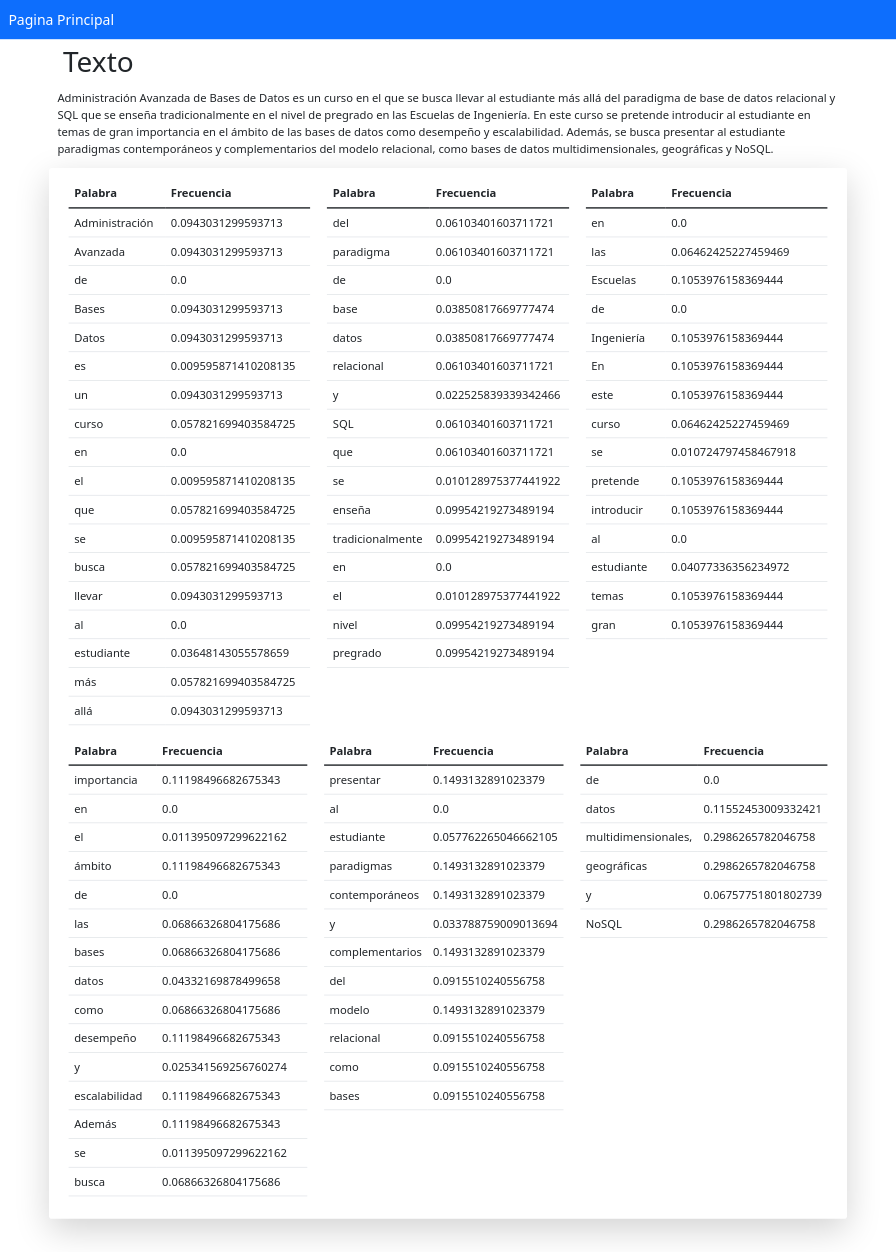
Repository: efrain-dev/cloud9Flask
Page: http://localhost/
The author's editor kept a record of every edit. The page is drawn from the files as they stood at one moment, then again after the next edit.
The browser window is 1280 px wide. The pictures show the whole page, at 70% of full size.
Some web libraries are served in a nearby version. The page is served by the project's application, run on Flask 3 (index.py).

Above is the page before.

### templates/home.html
{% extends './base.html' %}

<!DOCTYPE html>
<html lang="es">
  <head>
    <title>{% block title %}IA UMG{% endblock %}</title>
    <meta charset="UTF-8">
    <meta name="title" content="IMG">
    <meta name="description" content="IA UMG">

  </head>
  <body>

      {% block body %}

      <h1 class=" p-2">Texto </h1>
      <p>
        Administración Avanzada de Bases de Datos es un curso en el que se busca llevar al estudiante más allá
del paradigma de base de datos relacional y SQL que se enseña tradicionalmente en el nivel de pregrado
en las Escuelas de Ingeniería. En este curso se pretende introducir al estudiante en temas de gran
importancia en el ámbito de las bases de datos como desempeño y escalabilidad. Además, se busca
presentar al estudiante paradigmas contemporáneos y complementarios del modelo relacional, como bases
de datos multidimensionales, geográficas y NoSQL.
      </p>
        <div class="row shadow-lg p-3 mb-5 bg-white rounded ">
      {%for i in resultado%}
        <div class="col-lg">
          <table class="table table-responsive" >
            <thead>
              <th> Palabra </th>
              <th> Frecuencia </th>

            </thead>

            <tbody>
                {%for x in resultado[i]%}
                  <tr>
                    <td>{{x[0]}}</td>
                                    <td>{{x[1]}}</td>

                  </tr>
                {%endfor%}
            </tbody>
          </table>
        </div>
      {%endfor%}
  {% endblock %}

  </body>
</html>

### templates/base.html
<!DOCTYPE html>
<html lang="es">
  <head>
    <title>{% block title %}{% endblock %}</title>
    <meta charset="UTF-8">
    <meta name="title" content="IMG">
    <meta name="description" content="IA UMG">
    <link href="https://cdn.jsdelivr.net/npm/bootstrap@5.1.3/dist/css/bootstrap.min.css" rel="stylesheet" integrity="sha384-1BmE4kWBq78iYhFldvKuhfTAU6auU8tT94WrHftjDbrCEXSU1oBoqyl2QvZ6jIW3" crossorigin="anonymous">
    <script src="https://code.jquery.com/jquery-3.6.0.min.js" integrity="sha256-/xUj+3OJU5yExlq6GSYGSHk7tPXikynS7ogEvDej/m4=" crossorigin="anonymous"></script>
    <script src="//cdn.jsdelivr.net/npm/sweetalert2@11"></script>
  </head>
  <body>
<nav class="navbar navbar-expand-lg navbar-dark bg-primary">
  <div class="container-fluid">
    <a class="navbar-brand" href="#">Pagina Principal</a>

  </div>
</nav>

    <div class="container">
      {% block body %}


      {% endblock %}
    </div>





  <script src="https://cdn.jsdelivr.net/npm/@popperjs/core@2.10.2/dist/umd/popper.min.js" integrity="sha384-7+zCNj/IqJ95wo16oMtfsKbZ9ccEh31eOz1HGyDuCQ6wgnyJNSYdrPa03rtR1zdB" crossorigin="anonymous"></script>
  <script src="https://cdn.jsdelivr.net/npm/bootstrap@5.1.3/dist/js/bootstrap.min.js" integrity="sha384-QJHtvGhmr9XOIpI6YVutG+2QOK9T+ZnN4kzFN1RtK3zEFEIsxhlmWl5/YESvpZ13" crossorigin="anonymous"></script>
    <!--<footer>-->
    <!--  <h4>Avisos legales</h4>-->
    <!--  <a href="http://dominio.com/aviso-legal">Política de cookies</a>-->
    <!--  <h4>Redes sociales</h4>-->
    <!--  <a href="http://facebook.com/mi-pagina-de-facebook">Mi Facebook</a>-->
    <!--</footer>-->
  </body>
</html>

### calculos.py

import math

documentos = ['Administración Avanzada de Bases de Datos es un curso en el que se busca llevar al estudiante más allá',
             'del paradigma de base de datos relacional y SQL que se enseña tradicionalmente en el nivel de pregrado',
             'en las Escuelas de Ingeniería En este curso se pretende introducir al estudiante en temas de gran',
             'importancia en el ámbito de las bases de datos como desempeño y escalabilidad Además se busca',
             'presentar al estudiante paradigmas contemporáneos y complementarios del modelo relacional como bases',
             'de datos multidimensionales, geográficas y NoSQL',
             ]


dictadoDePalabras = {}

for indice, sentencia in enumerate(documentos):
    tokenPalabra = sentencia.split(' ')
    dictadoDePalabras[indice] = [(palabra,tokenPalabra.count(palabra)) for palabra in tokenPalabra]

termFrecuencia = {}

for i in range(0, len(documentos)):
    listaDeNoDuplicados = []
    for palabraFrequencia in dictadoDePalabras[i]:
        if palabraFrequencia not in listaDeNoDuplicados:
            listaDeNoDuplicados.append(palabraFrequencia)
        termFrecuencia[i] = listaDeNoDuplicados

terminoNormalizadoFrecuencia = {}
for i in range(0, len(documentos)):
    sentencia = dictadoDePalabras[i]
    lenDeSentencia = len(sentencia)
    listaDeNormalizados = []
    for palabraFrequencia in termFrecuencia[i]:
        normalizedFreq = palabraFrequencia[1]/lenDeSentencia
        listaDeNormalizados.append((palabraFrequencia[0],normalizedFreq))
    terminoNormalizadoFrecuencia[i] = listaDeNormalizados



todosDocumento = ''
for sentencia in documentos:
    todosDocumento += sentencia + ' '
todosDocumentosToken = todosDocumento.split(' ')


todosDocumentoNoDuplicados = []

for palabra in todosDocumentosToken:
    if palabra not in todosDocumentoNoDuplicados:
        todosDocumentoNoDuplicados.append(palabra)



dictDeNumDeDocConTermDentro = {}

for indice, voc in enumerate(todosDocumentoNoDuplicados):
    count = 0
    for sentencia in documentos:
        if voc in sentencia:
            count += 1
    dictDeNumDeDocConTermDentro[indice] = (voc, count)



dictOFIDFNoDuplicados = {}


for i in range(0, len(terminoNormalizadoFrecuencia)):
    listOfIDFCalcs = []
    for palabra in terminoNormalizadoFrecuencia[i]:
        for x in range(0, len(dictDeNumDeDocConTermDentro)):
            if palabra[0] == dictDeNumDeDocConTermDentro[x][0]:
                listOfIDFCalcs.append((palabra[0],math.log(len(documentos)/dictDeNumDeDocConTermDentro[x][1])))
    dictOFIDFNoDuplicados[i] = listOfIDFCalcs


dictOFTF_IDF = {}
for i in range(0,len(terminoNormalizadoFrecuencia)):
    listaOFTF_IDF = []
    TFsentencia = terminoNormalizadoFrecuencia[i]
    IDFsentencia = dictOFIDFNoDuplicados[i]
    for x in range(0, len(TFsentencia)):
        listaOFTF_IDF.append((TFsentencia[x][0],TFsentencia[x][1]*IDFsentencia[x][1]))
    dictOFTF_IDF[i] = listaOFTF_IDF



def result():
    return dictOFTF_IDF

### index.py
"""
Your module description
comentarios múltiples
"""

#comentario de una línea

from flask import Flask, render_template,request ,url_for
import calculos

umg = Flask(__name__)




@umg.route("/",methods=['POST','GET'])
def home():
    print( calculos.result())
    return render_template('home.html',resultado= calculos.result())


if __name__ == '__main__':
    umg.run(host='0.0.0.0', port=5000, debug=True)

After the next edit:
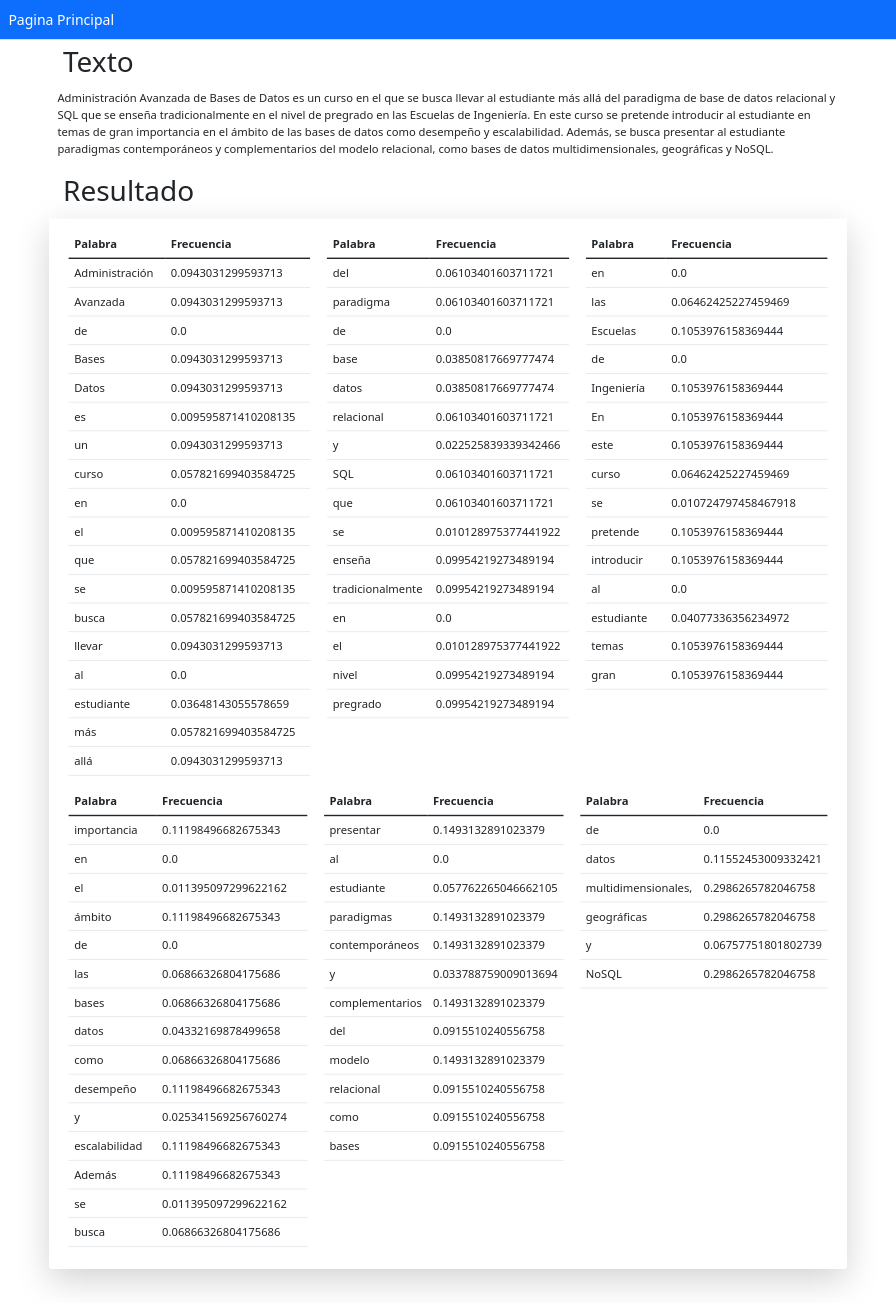
The edit:
--- a/templates/home.html
+++ b/templates/home.html
@@ -22,6 +22,8 @@
 presentar al estudiante paradigmas contemporáneos y complementarios del modelo relacional, como bases
 de datos multidimensionales, geográficas y NoSQL.
       </p>
+            <h1 class=" p-2">Resultado </h1>
+
         <div class="row shadow-lg p-3 mb-5 bg-white rounded ">
       {%for i in resultado%}
         <div class="col-lg">
